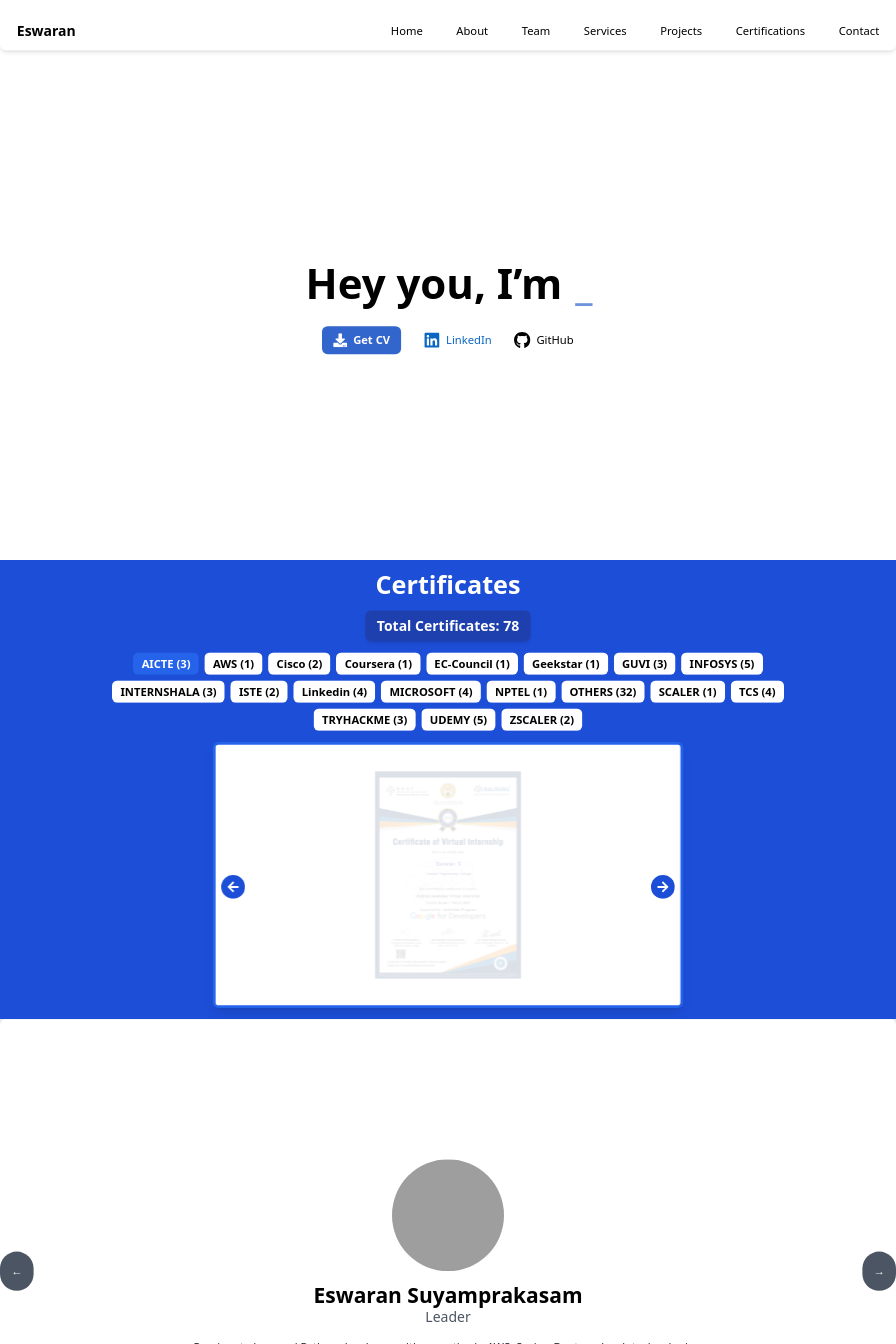
Repository: Rudra-Eswaran/Rudra_Official
Page: /
These files come from the project's save history. The page is drawn as it stood at one moment and after the next save; the edit follows.
The browser window is 1280 px wide. The pictures show the part of the page from y = 0 to 1920 px (the page is 4588 px tall), at 70% of full size.
Pictures or frames that could not be fetched are drawn as grey boxes. Some web libraries are served in a nearby version. The project was rebuilt for these pictures with package versions that can differ from the ones it lists, and the page was loaded fresh each time. Also part of the build but not shown: vite.config.js, src/components/Success.jsx, src/components/Failure.jsx.

Above is the page before, as saved 2025-05-20 15:06:01.

### index.html
<!doctype html>
<html lang="en">
  <head>
    <meta charset="UTF-8" />
    <link rel="icon" type="image/svg+xml" href="/vite.svg" />
    <meta name="viewport" content="width=device-width, initial-scale=1.0" />
    <title>Rudra Loading</title>
    <!-- Tailwind CSS CDN -->
<script src="https://cdn.tailwindcss.com"></script>

  </head>
  <body>
    <div id="root"></div>
    <script type="module" src="/src/main.jsx"></script>
  </body>
</html>

### src/App.jsx
import Navbar from "./components/Navbar";
import Footer from "./pages/Footer";
import Contact from "./pages/Contactus";
import Certify from "./pages/Certify";
import Rudrans from "./pages/Rudrans";
import Home from "./pages/Home";
import Projects from "./pages/Projects";

import Edtech from "./pages/Edtech";




export default function App() {
  return (
    <>
      <Navbar />

      {/* Add a top margin to push content below the navbar */}
      <div className="mt-[80px]"> {/* Adjust this value based on your navbar height */}

        <Home/>
        <Certify/>
        <Rudrans />
        <Projects/>

        <Edtech/>
        <Contact />
      </div>

      {/* Footer will be at the bottom */}
      <Footer />
    </>
  );
}

### src/components/Navbar.jsx
import { useState } from "react";
import { Link } from "react-router-dom";
import { FiMenu, FiX } from "react-icons/fi";

const Navbar = () => {
  const [isMobileMenuOpen, setIsMobileMenuOpen] = useState(false);
  const [hovering, setHovering] = useState(false);

  const toggleMenu = () => setIsMobileMenuOpen(!isMobileMenuOpen);

  const menuItems = [
    { name: "Home", path: "/" },
    { name: "About", path: "/about" },
    { name: "Team", path: "/team" },
    { name: "Services", path: "/services" },
    { name: "Projects", path: "/projects" },
    { name: "Certifications", path: "/certifications" },
    { name: "Contact", path: "/contact" },
  ];

  return (
    <nav
      className={`fixed w-full top-0 left-0 z-50 mt-4 px-6 rounded-lg bg-white transition-shadow duration-300 ${
        hovering
          ? "shadow-lg"
          : "shadow-md"
      }`}
      onMouseEnter={() => setHovering(true)}
      onMouseLeave={() => setHovering(false)}
    >
      <div className="max-w-7xl mx-auto flex justify-between items-center h-14">
        {/* Logo */}
        <div className="text-xl font-bold text-black hover:text-blue-600 transition-colors">
          <Link to="/">Eswaran</Link>
        </div>

        {/* Desktop Menu */}
        <ul className="hidden md:flex space-x-12 font-medium text-black text-base">
          {menuItems.map(({ name, path }) => (
            <li key={name}>
              <Link
                to={path}
                className="hover:text-blue-600 transition-colors duration-300"
              >
                {name}
              </Link>
            </li>
          ))}
        </ul>

        {/* Mobile Menu Button */}
        <button
          onClick={toggleMenu}
          className="md:hidden focus:outline-none text-black hover:text-blue-600 transition-colors duration-300"
          aria-label="Toggle mobile menu"
        >
          {isMobileMenuOpen ? <FiX size={28} /> : <FiMenu size={28} />}
        </button>
      </div>

      {/* Mobile Menu */}
      {isMobileMenuOpen && (
        <div className="md:hidden bg-white shadow rounded-b-lg px-6">
          <ul className="flex flex-col space-y-6 py-6 text-center font-medium text-lg text-black">
            {menuItems.map(({ name, path }) => (
              <li key={name}>
                <Link
                  to={path}
                  onClick={toggleMenu}
                  className="block hover:text-blue-600 transition-colors duration-300"
                >
                  {name}
                </Link>
              </li>
            ))}
          </ul>
        </div>
      )}
    </nav>
  );
};

export default Navbar;

### src/pages/Footer.jsx
import React from "react";
import { FaFacebookF, FaTwitter, FaLinkedinIn, FaGithub } from "react-icons/fa";

const Footer = () => {
  return (
    <footer className="bg-blue-600 text-white py-10">
      <div className="container mx-auto px-4">
        <div className="flex flex-col md:flex-row justify-between items-center">
          {/* Logo */}
          <div className="text-center md:text-left mb-6 md:mb-0">
            <p className="text-xl font-semibold mt-2">Eswaran Suyamprakasam</p>
          </div>

          {/* Contact */}
          <div>
            <h4 className="font-bold mb-2">Contact Us</h4>
            <ul>
              <li>
                <p className="text-sm">
                  Email: <span className="text-blue-200">eswar2003.it@gmail.com</span>
                </p>
              </li>
              <li>
                <p className="text-sm">
                  Phone: <span className="text-blue-200">+91 9345152042</span>
                </p>
              </li>
              <li>
                <p className="text-sm">
                  Address: <span className="text-blue-200">Tamil Nadu, India</span>
                </p>
              </li>
            </ul>
          </div>

          {/* Social Media Icons */}
          <div className="mt-6 md:mt-0 flex space-x-4 justify-center">
            <a
              href="https://facebook.com"
              target="_blank"
              rel="noopener noreferrer"
              className="text-white hover:text-blue-200"
            >
              <FaFacebookF size={20} />
            </a>
            <a
              href="https://twitter.com"
              target="_blank"
              rel="noopener noreferrer"
              className="text-white hover:text-blue-200"
            >
              <FaTwitter size={20} />
            </a>
            <a
              href="https://linkedin.com"
              target="_blank"
              rel="noopener noreferrer"
              className="text-white hover:text-blue-200"
            >
              <FaLinkedinIn size={20} />
            </a>
            <a
              href="https://github.com"
              target="_blank"
              rel="noopener noreferrer"
              className="text-white hover:text-blue-200"
            >
              <FaGithub size={20} />
            </a>
          </div>
        </div>

        {/* Bottom Section */}
        <div className="text-center mt-8">
          <p className="text-sm">
            &copy; {new Date().getFullYear()} Eswaran Suyamprakasam. All rights
            reserved.
          </p>
        </div>
      </div>
    </footer>
  );
};

export default Footer;

### src/pages/Certify.jsx
import React, { useState, useEffect } from "react";
import { FaArrowLeft, FaArrowRight } from "react-icons/fa";
import { motion, AnimatePresence } from "framer-motion";
import AOS from "aos";
import "aos/dist/aos.css";

const certificateMap = {
  AICTE: 3, AWS: 1, Cisco: 2, Coursera: 1, "EC-Council": 1, Geekstar: 1,
  GUVI: 3, INFOSYS: 5, INTERNSHALA: 3, ISTE: 2, Linkedin: 4, MICROSOFT: 4,
  NPTEL: 1, OTHERS: 32, SCALER: 1, TCS: 4, TRYHACKME: 3, UDEMY: 5, ZSCALER: 2,
};

const totalCertificates = Object.values(certificateMap).reduce((acc, count) => acc + count, 0);

const Certify = () => {
  const [activeCategory, setActiveCategory] = useState("AICTE");
  const [certificates, setCertificates] = useState([]);
  const [currentIndex, setCurrentIndex] = useState(0);

  useEffect(() => {
    AOS.init({
      duration: 800,
      once: false,    // animate every time you scroll in
      mirror: true,   // reverse animation when scrolling out
    });
  }, []);

  useEffect(() => {
    const loadCertificates = async () => {
      const numCertificates = certificateMap[activeCategory] || 0;
      const images = [];

      for (let i = 1; i <= numCertificates; i++) {
        try {
          const img = await import(`../assets/Certificates/${activeCategory}/C${i}.jpg`);
          images.push(img.default);
        } catch (err) {
          console.warn(`Missing image: ${activeCategory}/C${i}.jpg`);
        }
      }

      setCertificates(images);
      setCurrentIndex(0);
      setTimeout(() => AOS.refresh(), 100);
    };

    loadCertificates();
  }, [activeCategory]);

  useEffect(() => {
    if (certificates.length <= 1) return;
    const interval = setInterval(() => {
      setCurrentIndex((prev) => (prev + 1) % certificates.length);
    }, 3000);
    return () => clearInterval(interval);
  }, [certificates.length]);

  return (
    <div
      className="w-full h-[calc(100vh-4rem)] flex flex-col items-center justify-center bg-blue-700 text-white p-4"
      data-aos="fade-up"
    >
      <h2
        className="text-3xl md:text-4xl font-bold mb-4 text-center text-white"
        data-aos="fade-down"
      >
        Certificates
      </h2>

      <div
        className="text-lg md:text-xl font-semibold bg-blue-800 px-4 py-2 rounded-lg shadow-md text-white mb-4"
        data-aos="fade-right"
      >
        Total Certificates: {totalCertificates}
      </div>

      <div
        className="w-full flex justify-center flex-wrap gap-2 max-w-5xl mb-4"
        data-aos="fade-left"
      >
        {Object.keys(certificateMap).map((category, idx) => (
          <button
            key={category}
            data-aos="zoom-in"
            data-aos-delay={idx * 100}
            className={`px-3 py-1 text-sm md:text-base font-semibold rounded-lg transition duration-300 ${
              activeCategory === category
                ? "bg-blue-600 text-white"
                : "bg-white text-black hover:bg-blue-500"
            }`}
            onClick={() => setActiveCategory(category)}
          >
            {category} ({certificateMap[category]})
          </button>
        ))}
      </div>

      <div
        className="relative w-full max-w-2xl aspect-w-4 aspect-h-3 bg-white rounded-lg shadow-lg flex justify-center items-center overflow-hidden border-4 border-blue-600 p-6"
        data-aos="zoom-in"
      >
        {certificates.length > 0 ? (
          <AnimatePresence mode="wait">
            <motion.img
              key={currentIndex}
              src={certificates[currentIndex]}
              alt={`Certificate ${currentIndex}`}
              className="w-full h-full object-contain"
              initial={{ opacity: 0, scale: 0.9 }}
              animate={{ opacity: 1, scale: 1 }}
              exit={{ opacity: 0, scale: 0.9 }}
              transition={{ duration: 0.5 }}
            />
          </AnimatePresence>
        ) : (
          <p className="text-center text-blue-900 text-xl">
            No certificates available.
          </p>
        )}

        {certificates.length > 1 && (
          <>
            <button
              onClick={() =>
                setCurrentIndex((prev) => (prev - 1 + certificates.length) % certificates.length)
              }
              className="absolute left-2 top-1/2 transform -translate-y-1/2 bg-blue-700 p-2 rounded-full opacity-80 hover:opacity-100 transition duration-300"
              data-aos="fade-right"
            >
              <FaArrowLeft size={18} className="text-white" />
            </button>
            <button
              onClick={() => setCurrentIndex((prev) => (prev + 1) % certificates.length)}
              className="absolute right-2 top-1/2 transform -translate-y-1/2 bg-blue-700 p-2 rounded-full opacity-80 hover:opacity-100 transition duration-300"
              data-aos="fade-left"
            >
              <FaArrowRight size={18} className="text-white" />
            </button>
          </>
        )}
      </div>
    </div>
  );
};

export default Certify;

### src/pages/Rudrans.jsx
import React, { useState } from 'react';
import teamData from '../teamData.json'; // adjust the path if needed

const Rudrans = () => {
  const [currentIndex, setCurrentIndex] = useState(0);

  const nextSlide = () => {
    setCurrentIndex((prevIndex) => (prevIndex + 1) % teamData.length);
  };

  const prevSlide = () => {
    setCurrentIndex((prevIndex) =>
      prevIndex === 0 ? teamData.length - 1 : prevIndex - 1
    );
  };

  return (
    <div className="relative w-full h-screen bg-gray-200 overflow-hidden">
      <div className="flex justify-center items-center w-full h-full">
        <div className="flex flex-col items-center justify-center bg-white rounded-lg shadow-lg p-8 w-full h-full">
          <img
            src={teamData[currentIndex].photo}
            alt={teamData[currentIndex].name}
            className="w-40 h-40 rounded-full mb-4 object-cover"
          />
          <h2 className="text-3xl font-bold">{teamData[currentIndex].name}</h2>
          <p className="text-xl text-gray-600">{teamData[currentIndex].role}</p>
          <p className="mt-4 text-center text-gray-800">{teamData[currentIndex].bio}</p>
          <div className="mt-4 flex space-x-4">
            <a
              href={teamData[currentIndex].linkedin}
              target="_blank"
              rel="noopener noreferrer"
              className="text-blue-600 hover:underline"
            >
              LinkedIn
            </a>
            <a
              href={teamData[currentIndex].github}
              target="_blank"
              rel="noopener noreferrer"
              className="text-blue-600 hover:underline"
            >
              GitHub
            </a>
          </div>
        </div>
      </div>

      <button
        onClick={prevSlide}
        className="absolute left-0 top-1/2 transform -translate-y-1/2 bg-gray-600 text-white p-4 rounded-full hover:bg-gray-700"
      >
        &#8592;
      </button>

      <button
        onClick={nextSlide}
        className="absolute right-0 top-1/2 transform -translate-y-1/2 bg-gray-600 text-white p-4 rounded-full hover:bg-gray-700"
      >
        &#8594;
      </button>
    </div>
  );
};

export default Rudrans;

### src/pages/Home.jsx
import React from "react";
import { Typewriter } from "react-simple-typewriter";
import { FaLinkedin, FaGithub, FaDownload } from "react-icons/fa";

const Home = () => {
  return (
    <div className="flex flex-col items-center justify-center min-h-screen bg-white px-6 py-12 text-center">
      <h1 className="text-5xl md:text-6xl font-bold text-black mb-8">
        Hey you, I’m{" "}
        <span className="text-[#3366CC] font-extrabold">
          <Typewriter
            words={["Eswaran"]}
            loop={0}
            cursor
            cursorStyle="_"
            typeSpeed={120}
            deleteSpeed={50}
            delaySpeed={2000}
          />
        </span>
      </h1>

      <div className="flex items-center justify-center gap-8">
        {/* Get CV - always show icon + text */}
        <a
          href="/assets/Eswaran%20S_Resume_IT.pdf"
          target="_blank"
          rel="noopener noreferrer"
          className="flex items-center gap-2 bg-[#3366CC] text-white px-4 py-2 rounded-lg font-extrabold hover:bg-[#254c99] transition"
        >
          <FaDownload size={20} />
          <span>Get CV</span>
        </a>

        {/* LinkedIn - icon always, text hidden on small */}
        <a
          href="https://linkedin.com/in/eswaran-s"
          target="_blank"
          rel="noopener noreferrer"
          className="flex items-center gap-2 text-[#0A66C2] font-medium hover:text-[#084a8b] transition"
        >
          <FaLinkedin size={24} />
          <span className="hidden md:inline">LinkedIn</span>
        </a>

        {/* GitHub - icon always, text hidden on small */}
        <a
          href="https://github.com/Eswaran-IT"
          target="_blank"
          rel="noopener noreferrer"
          className="flex items-center gap-2 text-black font-medium hover:text-gray-700 transition"
        >
          <FaGithub size={24} />
          <span className="hidden md:inline">GitHub</span>
        </a>
      </div>
    </div>
  );
};

export default Home;

### src/pages/Projects.jsx
import React, { useEffect } from 'react';
import AOS from 'aos';
import 'aos/dist/aos.css';
import products from '../productData.json';

const Products = () => {
  useEffect(() => {
    AOS.init({ duration: 1000 });
  }, []);

  return (
    <div className="min-h-screen bg-gradient-to-br from-gray-100 to-blue-50 py-12 px-4 md:px-16">
      <h1 className="text-4xl font-extrabold text-center text-blue-900 mb-12">
        Our Software Products
      </h1>

      <div className="space-y-12">
        {products.map((product, index) => (
          <div
            key={index}
            data-aos="fade-up"
            className="flex flex-col md:flex-row items-center bg-white border border-gray-200 rounded-2xl shadow-lg overflow-hidden hover:shadow-2xl transition-all duration-500"
          >
            {/* Product Image */}
            <img
              src={product.image}
              alt={product.name}
              className="w-full md:w-1/3 h-64 object-cover"
            />

            {/* Product Details */}
            <div className="p-6 md:p-10 w-full md:w-2/3 text-center md:text-left">
              <h2 className="text-2xl font-bold text-gray-800">{product.name}</h2>
              <p className="text-gray-600 mt-3">{product.description}</p>

              {/* Live Demo Button */}
              <div className="mt-6 flex justify-center md:justify-start">
                <a
                  href={product.demo || '#'}
                  target="_blank"
                  rel="noopener noreferrer"
                  className="bg-blue-600 text-white px-6 py-2 rounded-full hover:bg-blue-700 transition-all duration-300"
                >
                  Live Demo
                </a>
              </div>
            </div>
          </div>
        ))}
      </div>
    </div>
  );
};

export default Products;

### src/pages/Edtech.jsx
import React, { useEffect, useState } from "react";
import AOS from "aos";
import "aos/dist/aos.css"; // Import AOS CSS
import { FaCloud, FaRobot, FaLaptopCode } from "react-icons/fa"; // Icons for Cloud, AI/ML, and Software Development

const Edtech = () => {
  const [isLoading, setIsLoading] = useState(true);

  useEffect(() => {
    // Initialize AOS with settings
    AOS.init({
      duration: 1000, // Animation duration
      once: false, // Allows re-triggering every time the section enters the view
      offset: 150, // Adjust trigger point
    });

    // Simulate loading state for 2 seconds
    setTimeout(() => {
      setIsLoading(false);
    }, 2000);

    // Refresh AOS on mount or re-mount
    AOS.refresh();

    return () => {
      AOS.refresh(); // Cleanup
    };
  }, []);

  return (
    <section
      className="w-full h-screen flex flex-col items-center justify-center bg-gradient-to-br from-blue-200 via-purple-100 to-pink-100 relative"
    >
      {/* Loading State */}
      {isLoading ? (
        <div className="absolute flex flex-col items-center justify-center space-y-4">
          <div className="w-16 h-16 border-4 border-t-4 border-gray-400 border-t-blue-500 rounded-full animate-spin"></div>
          <p className="text-lg text-gray-800 font-semibold">Processing...</p>
        </div>
      ) : (
        <div
          className="text-center"
          data-aos="fade-up"
        >
          {/* Edtech Main Title */}
          <h1
            className="text-4xl font-semibold text-purple-800 mb-6"
            data-aos="fade-up"
            data-aos-delay="100"
          >
            EdTech Services
          </h1>

          {/* Edtech Services Icons and Short Descriptions */}
          <div className="flex space-x-8 justify-center">
            <div
              className="text-center"
              data-aos="fade-up"
              data-aos-delay="200"
            >
              <FaCloud className="text-5xl text-blue-600 mb-2" />
              <h3 className="text-lg font-semibold text-purple-800">Cloud Learning</h3>
              <p className="text-gray-600">Flexible online education solutions.</p>
            </div>

            <div
              className="text-center"
              data-aos="fade-up"
              data-aos-delay="300"
            >
              <FaRobot className="text-5xl text-blue-600 mb-2" />
              <h3 className="text-lg font-semibold text-purple-800">AI & ML</h3>
              <p className="text-gray-600">Personalized learning experiences.</p>
            </div>

            <div
              className="text-center"
              data-aos="fade-up"
              data-aos-delay="400"
            >
              <FaLaptopCode className="text-5xl text-blue-600 mb-2" />
              <h3 className="text-lg font-semibold text-purple-800">Software Dev</h3>
              <p className="text-gray-600">Custom educational platforms.</p>
            </div>
          </div>
        </div>
      )}
    </section>
  );
};

export default Edtech;

### src/Constants.jsx
// constants.js
export const CONTACT_INFO = {
    location: {
      title: "Location",
      text: "Tamil nadu,India",
      icon: "FiMapPin",
    },
    email: {
      title: "Email",
      text: "rudraofficial2k25@gmail.com",
      icon: "FiMail",
    },
    phone: {
      title: "Call",
      text: "+91 93451 52042",
      icon: "FiPhone",
    },
  };

  export const MODAL_MESSAGES = {
    success: {
      title: "Success!",
      message: "Your message has been sent. We'll get back to you soon.",
    },
    error: {
      title: "Error",
      message: "Something went wrong. Please try again later.",
    },
  };

  export const FORM_FIELDS = {
    name: "Your Name",
    email: "Your Email",
    phone: "Your Mobile Number",
    message: "Your Message",
  };

  export const BUTTON_LABELS = {
    send: "Send Message",
    sending: "Sending...",
  };

Loaded but not shown: src/main.jsx (common file); src/teamData.json (26 lines, source omitted); src/productData.json (20 lines, source omitted); src/pages/Contactus.jsx (172 lines, source omitted)

After the next save:
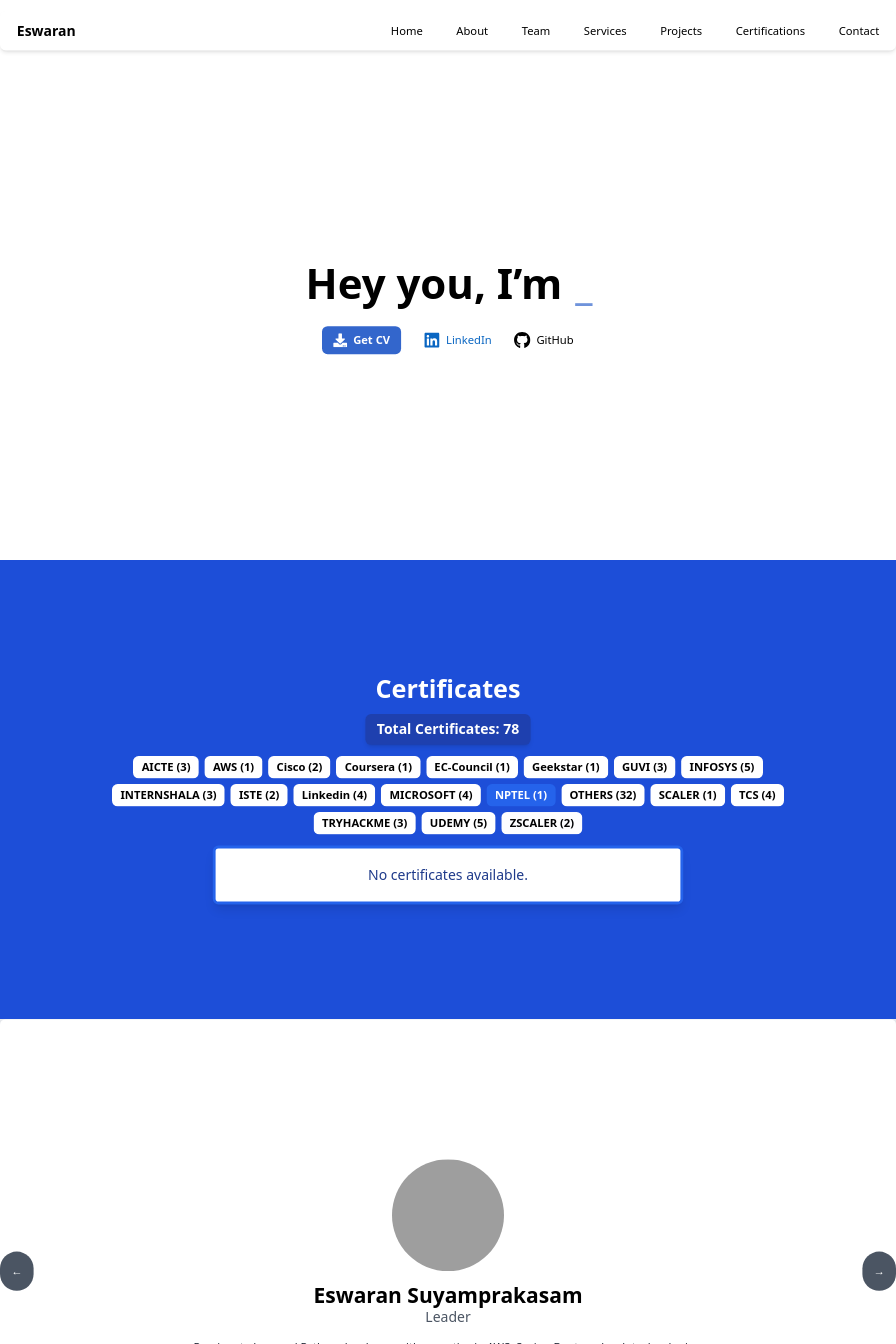
Saved 7 s later.
--- a/src/pages/Certify.jsx
+++ b/src/pages/Certify.jsx
@@ -13,7 +13,7 @@
 const totalCertificates = Object.values(certificateMap).reduce((acc, count) => acc + count, 0);
 
 const Certify = () => {
-  const [activeCategory, setActiveCategory] = useState("AICTE");
+  const [activeCategory, setActiveCategory] = useState("NPTEL");
   const [certificates, setCertificates] = useState([]);
   const [currentIndex, setCurrentIndex] = useState(0);
 
